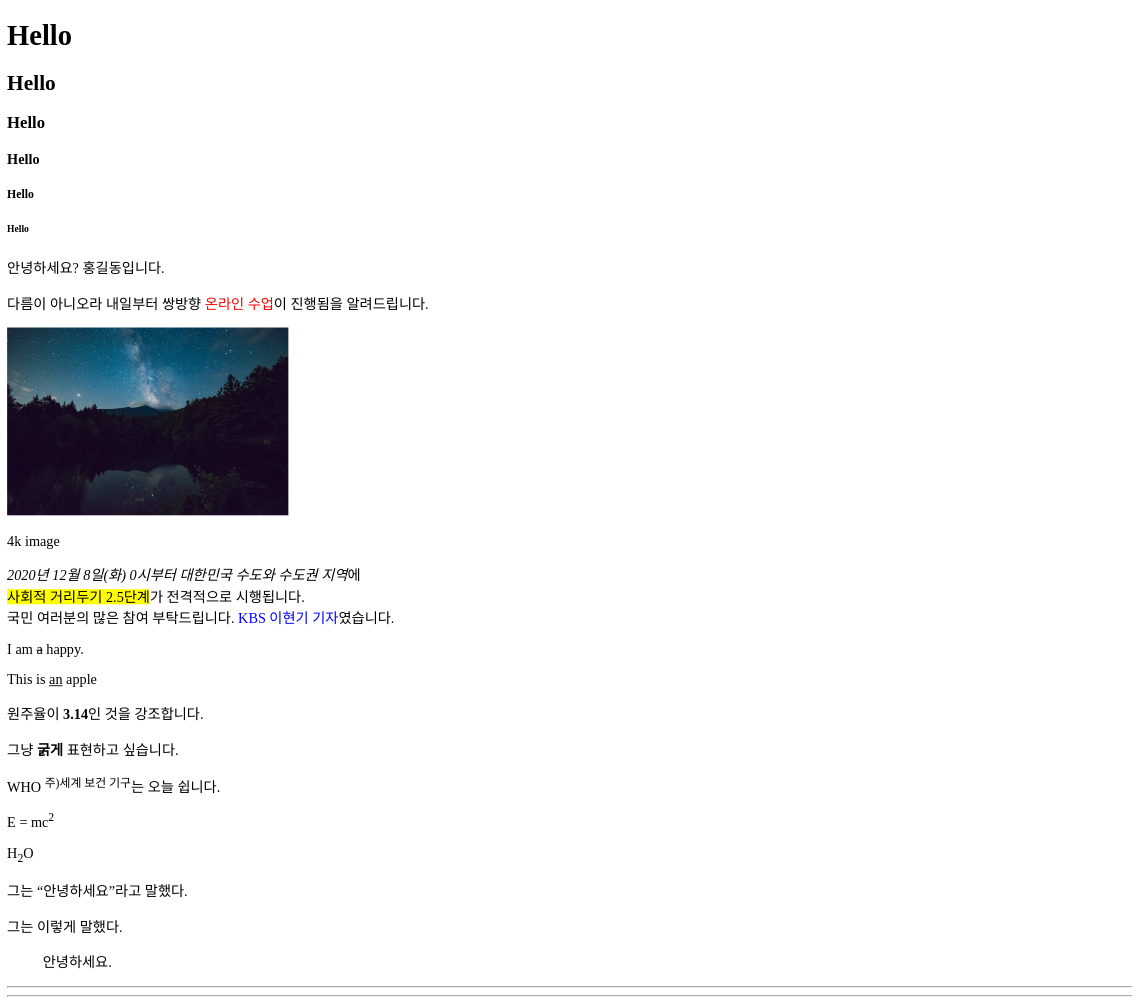
Repository: woneeseo/javastudy
Page: htmlStudy/workspace_html/HelloWorld/WebContent/f.html
The author's editor kept a copy of each file at every save. The page is drawn from the files as they stood at one save, then again after the next save.
The browser window is 1280 px wide. The pictures show the whole page, at 89% of full size.

Above is the page before, as saved 2020-12-07 05:55:47.

### htmlStudy/workspace_html/HelloWorld/WebContent/f.html
<!DOCTYPE html>
<html>
<head>
<meta charset="UTF-8">
<title>Insert title here</title>
</head>
<body>
<!-- 헤더태그 -->
<!-- 블락태그 -> 위/아래 자동 줄바꿈 발생 -->

<h1>Hello</h1>
<!-- h1이 제목으로 많이 쓰임 -->
<h2>Hello</h2>
<h3>Hello</h3>
<!-- 부제목으로 h3이 자주 쓰임 -->
<h4>Hello</h4>
<h5>Hello</h5>
<h6>Hello</h6>


<p>
<!-- 문단을 표기할 때 주로 <p></p>를 씀 (문장이 여러개를 이루어 문단을 이룰 때) -->
	안녕하세요?
	홍길동입니다.
	<!-- <br>태그를 넣어야 줄바꿈이 일어난다. -->
	<!-- 이클립스에서 엔터로 줄바꿔 쓴다고 하더라도 출력은 한줄로 됨 -->
</p>

<p>

	다름이 아니오라
	내일부터 쌍방향 <span style="color: red">온라인 수업</span>이 진행됨을 알려드립니다.
	<!-- <p>태그는 일반적으로 텍스트를 넣어주고 내부에 태그가 들어가는 일이 거의 없으나 -->
	<!-- <span></span> css에서 문장 내에서 특정한 글씨에 효과를 줄 때 사용함 -->
</p>

<div>

	<img style="width: 25%; height: 25%;" alt="4k image" src="test.jpeg"><br>
	<p>4k image</p>
	<!-- div는 태그를 넣어서 쓰기 위해 사용함 / 컨테이너 역할을 함 -->
	<!-- img태그와 p태그를 한 덩어리로 쓰기 위해서 사용함 -->
	<!-- div는 내부에 어떤 내용이 들어있는지 알 수 없음. 그래서 사용하는것이 section 태그 -->

</div>

<section>
	<article>
	<!-- section / article : 시멘틱 태그 (의미가 있는 태그명) -->
		<i>2020년 12월 8일(화) 0시부터</i> <em>대한민국 수도와 수도권 지역</em>에 <br>
		<mark>사회적 거리두기 2.5단계</mark>가 전격적으로 시행됩니다. <br>
		국민 여러분의 많은 참여 부탁드립니다. <span style="color: blue">KBS 이현기 기자</span>였습니다.
		<!-- i태그 : 이탤릭체 / em태그 : 강조하기 위해서 기울여 쓸 때(기울임체 emphasis) -->
		<!-- 결과는 똑같지만 em태그는 시각장애인용 시스템에서 강조해서 읽어들여지는 기능을 함 -->
		<!-- <mark> : 형광펜으로 칠한 듯 한 강조표기를 할 수 있음 -->
	</article>
</section>

<p>I am <del>a</del> happy.</p>
<p>This is <ins>an</ins> apple</p>

<!-- del : 지워야 하는 텍스트일 때 (중간선) / ins : 반드시 있어야만 하는 텍스트일 때 (밑줄)-->
<!-- css와 시멘틱태그 : css는 시각장애인용 스크린리더에서 제대로 인식하지 못하는 경우가 있어 -->
<!-- 삽입, 삭제등 시멘틱태그로 사용할 수 있는 경우에는 반드시 시맨틱태그로 사용해준다. -->

<p>원주율이 <strong>3.14</strong>인 것을 강조합니다.</p> <!-- 시맨틱태그 -->
<p>그냥 <b>굵게</b> 표현하고 싶습니다.</p>
<!-- 두가지의 실행결과는 같음. but 의미가 다르다. -->
<!-- strong 태그를 사용해주는 것이 좋음 -->

<p>WHO <sup>주)세계 보건 기구</sup>는 오늘 쉽니다.</p>
<p>E = mc<sup>2</sup></p>
<!-- <sup> : 주석처리하기 / 주석이 되는 텍스트가 살짝 위로 올라가게 표현됨 (ex.2의 n승 표현..)-->
<p>H<sub>2</sub>O</p>
<!-- <sub> : 주석처리하기 / 주석이 되는 텍스트가 살짝 아래로 내려가게 표현됨 (ex.화학식..) -->

<p>그는 <q>안녕하세요</q>라고 말했다.</p>
<p>그는 이렇게 말했다.</p>
<blockquote>안녕하세요.</blockquote>

<!-- <q> : 문장 중에 인용구를 넣어햐 할 때 큰따옴표 대신 <q>를 쓴다. -->




<hr>
<hr>
<!-- 웹 페이지에 가로줄 넣기 : horizontal tag -->
<!-- 보통 css에서 div에서 아랫줄만 표시 해 가로줄 넣는 것이 일반적임 -->




</body>
</html>

After the next save:
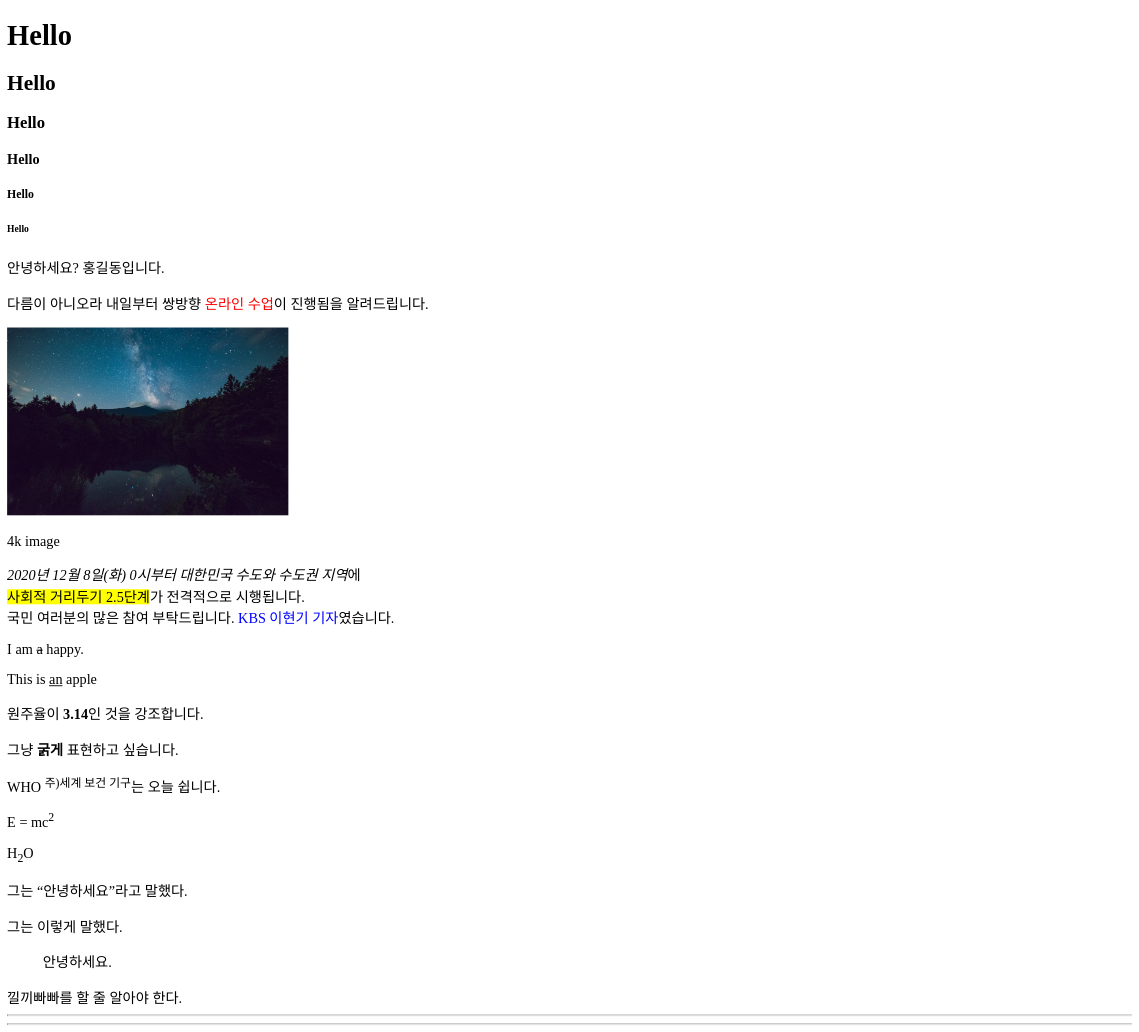
Saved 86 s later.
--- a/htmlStudy/workspace_html/HelloWorld/WebContent/f.html
+++ b/htmlStudy/workspace_html/HelloWorld/WebContent/f.html
@@ -75,13 +75,12 @@
 <!-- <sub> : 주석처리하기 / 주석이 되는 텍스트가 살짝 아래로 내려가게 표현됨 (ex.화학식..) -->
 
 <p>그는 <q>안녕하세요</q>라고 말했다.</p>
-<p>그는 이렇게 말했다.</p>
-<blockquote>안녕하세요.</blockquote>
-
 <!-- <q> : 문장 중에 인용구를 넣어햐 할 때 큰따옴표 대신 <q>를 쓴다. -->
 
+<p>그는 이렇게 말했다.</p>
+<blockquote>안녕하세요.</blockquote><!-- <blockquote> : 들여쓰기 기능 -->
 
-
+<abbr>낄끼빠빠</abbr>를 할 줄 알아야 한다.
 
 <hr>
 <hr>
